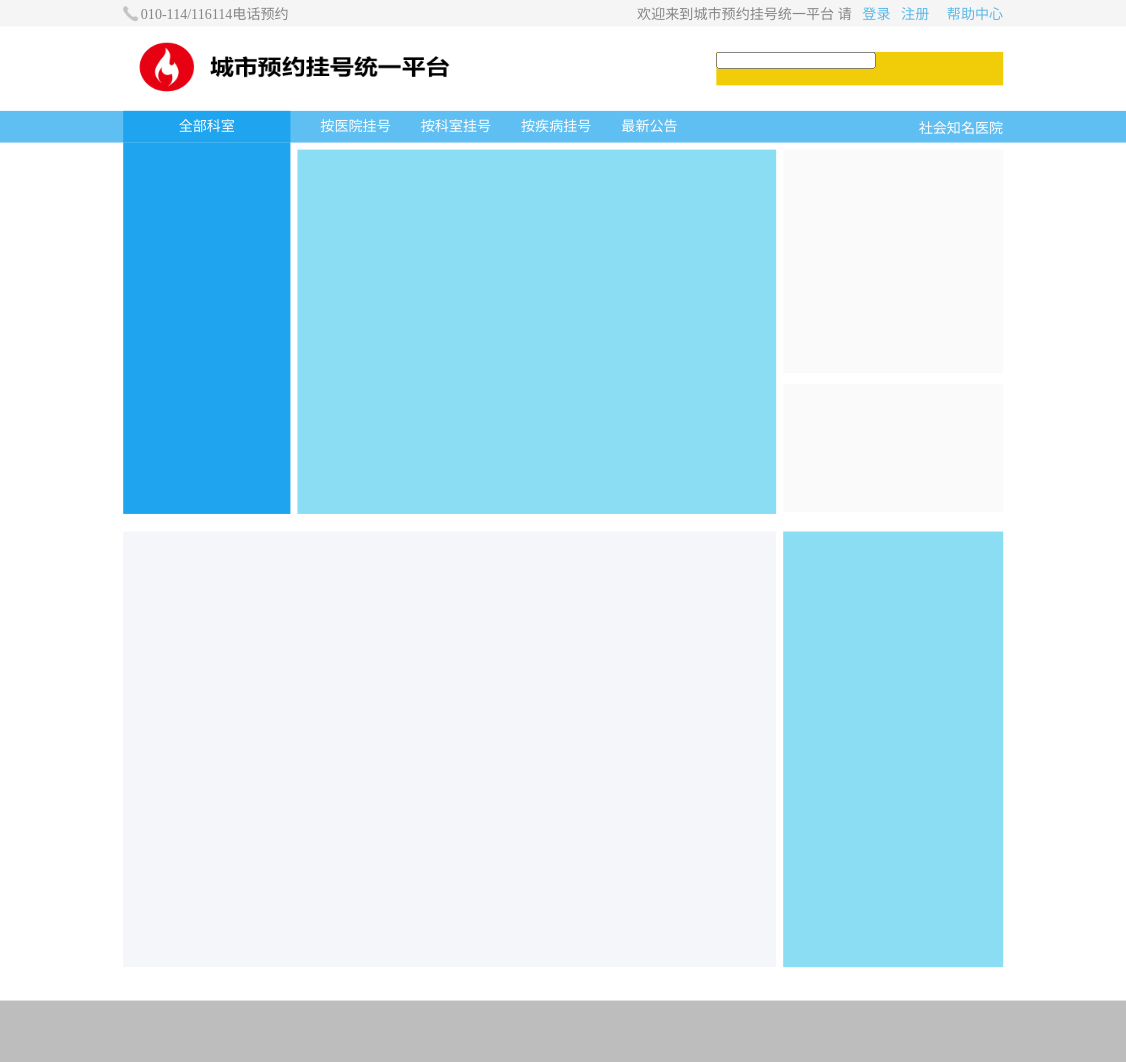
Repository: zhenzhen-gong/HospitalDemo
Page: index.html
These files come from the project's save history. The page is drawn as it stood at one moment and after the next save; the edit follows.
The browser window is 1280 px wide. The pictures show the whole page, at 88% of full size.

Above is the page before, as saved 2020-07-08 16:26:18.

### index.html
<!DOCTYPE html>
<html lang="en">

<head>
    <meta charset="UTF-8">
    <meta name="viewport" content="width=device-width, initial-scale=1.0">
    <title>城市医院预约平台</title>
    <link rel="stylesheet" href="css/style.css">
    <script src="js/script.js"></script>
</head>

<body>
    <div class="top">
        <div class="top-wrap">
            <div class="call">&nbsp;&nbsp;&nbsp;&nbsp;&nbsp;010-114/116114电话预约</div>
            <div class="welcom">
                欢迎来到城市预约挂号统一平台&nbsp;请&nbsp;&nbsp;
                <a href="#">登录</a>&nbsp;&nbsp;
                <a href="#">注册</a>&nbsp;&nbsp;&nbsp;&nbsp;
                <a href="#">帮助中心</a>
            </div>
        </div>
    </div>
    <div class="header">
        <div class="header-wrap">
            <div class="logo"><img src="./img/logo.png" alt="logo"></div>
            <div class="search">
                <span class="=tag"></span>
                <input type="text">
                <span ></span>
            </div>
        </div>
    </div>
    <div class="nav">
        <div class="nav-menu">
            <ul>
                <li>全部科室
                    <div class="menu-list"></div>
                </li>
                <li>按医院挂号</li>
                <li>按科室挂号</li>
                <li>按疾病挂号</li>
                <li>最新公告</li>
            </ul>
            <div>社会知名医院</div>
        </div>
    </div>
    <div class="banner">
        <div class="banner-slider"></div>
        <div class="banner-right">
            <div class="banner-search"></div>
            <div class="banner-help"></div>
        </div>
    </div>
    <div class="content">
        <div class="tad">
            <div class="tab-hosital"></div>
            <div class="tab-department"></div>
        </div>
        <div class="content-right">
            <div class="news"></div>
            <div class="close"></div>
        </div>
    </div>
    <div class="footer"></div>
</body>

</html>

### css/style.css
*{
    margin: 0;
    padding: 0;
}
a{
    text-decoration: none;
}
/* top部分样式 */
.top{
    height: 30px;
    width: 100%;
    background: #f5f5f5;
}
.top .top-wrap{
    width: 1000px;
    height: 100%;
    margin: 0 auto;
    display: flex;
    justify-content: space-between;
    align-items: center;
    color: #868686;
}
.top .top-wrap .call{
    background: url("../img/icon-call.png") no-repeat center left;
}
.top .top-wrap .welcom a{
    color: #5bb8e8;
}
/* header部分 */
.header{
    width: 100%;
    height: 96px;
}
.header .header-wrap{
    width: 1000px;
    height: 100%;
    margin: 0 auto;
    display: flex;
    justify-content: space-between;
    align-items: center;
}
.header .header-wrap .logo img{
    height: 74px;
    width: 403px;
}
.header .header-wrap .search{
    height: 38px;
    width: 326px;
    background: #f1cd09;
}


/* nva导航部分 */
.nav{
    width: 100%;
    height: 36px;
    background: #60bff2;
}
.nav .nav-menu{
    width: 1000px;
    height: 100%;
    margin: 0 auto;
    display: flex;
    justify-content: space-between;
    align-items: center;
}
.nav .nav-menu ul li{
    height: 36px;
    line-height: 36px;
    text-align: center;
    list-style: none;
    display: inline-block;
    color: #ffffff;
    padding-left: 30px;
}
.nav .nav-menu ul li:first-child{
    width: 190px;
    text-align: center;
    background: #1fa4f0;
    padding-left: 0;
}
.nav .nav-menu div:last-child{
    color: #ffffff;
}
.nav .nav-menu ul li .menu-list{
    width: 190px;
    height: 422px;
    background: #1fa4f0;
}

/* banner部分 */
.banner{
    height: 432px;
    width: 1000px;
    margin: 0 auto;
    padding-left: 190px;
    box-sizing: border-box;
}
.banner-slider{
    height: 414px;
    width: 544px;
    background: #8bddf3;
    margin: 8px 8px 0 8px ;
    float: left;
}
.banner-right{
    float: right;
    width: 250px;
    height: 414px;
    margin-top: 8px;
}
.banner-right .banner-search{
    height: 254px;
    background: #fafafa;
    margin-bottom: 12px;
}
.banner-right .banner-help{
    height: 146px;
    background: #fafafa;
}
/* content部分 */
.content{
    height: 495px;
    width: 1000px;
    margin: 10px auto 38px;
}
.content .tad{
    float: left;
    background: #f4f6fa;
    height: 495px;
    width: 742px;
}
.content .content-right{
    float: right;
    width: 250px;
    height: 495px;
    margin-left: 8px;
    background: #8bddf3;
}
/* footer部分 */
.footer{
    height: 70px;
    width: 100%;
    background: #bdbdbe;
}

Loaded but not shown: js/script.js (no stored copy; drawn as an empty file)

After the next save:
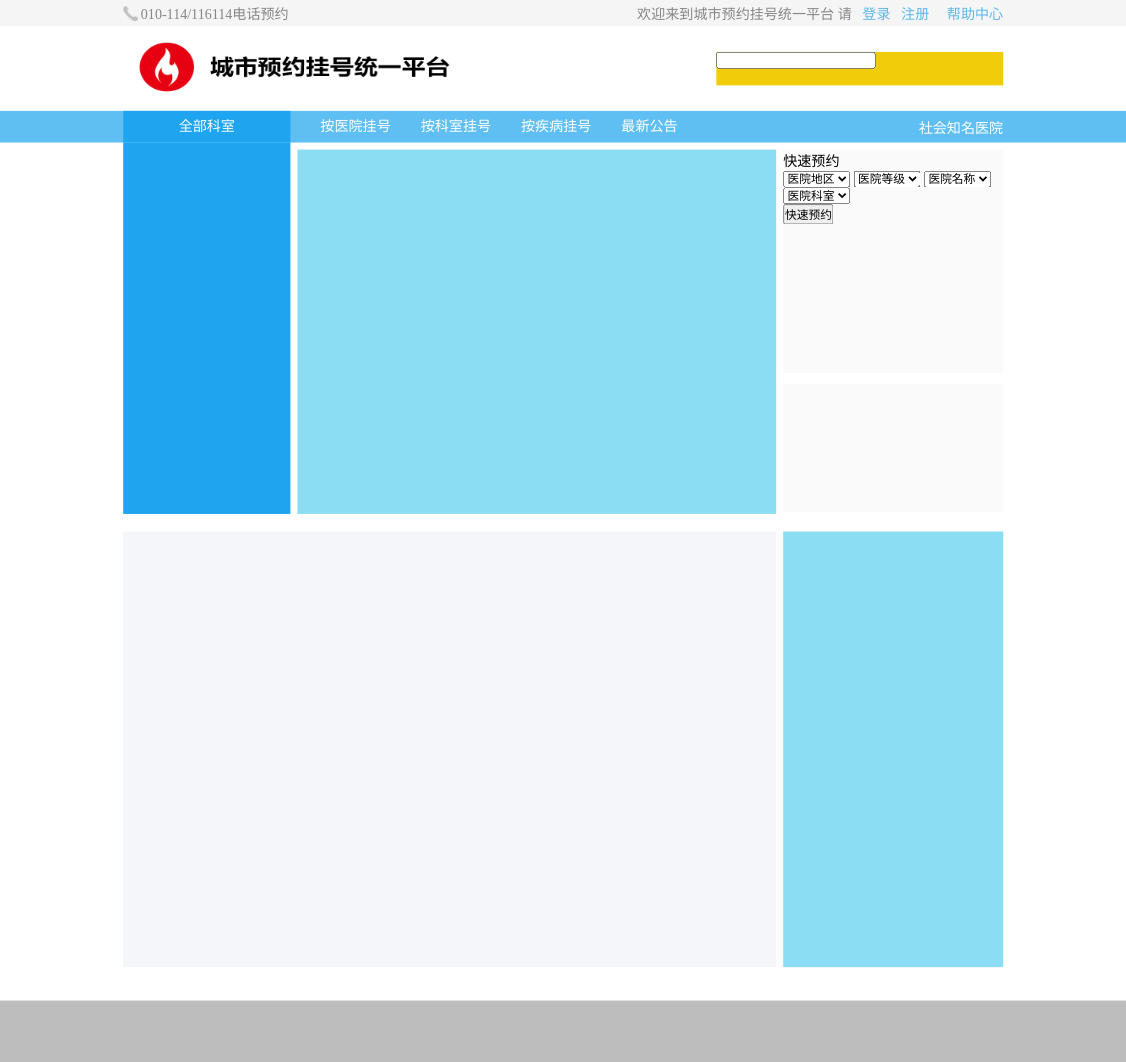
Saved 70 min 18 s later.
--- a/index.html
+++ b/index.html
@@ -48,7 +48,14 @@
     <div class="banner">
         <div class="banner-slider"></div>
         <div class="banner-right">
-            <div class="banner-search"></div>
+            <div class="banner-search">
+                <div><span>快速预约</span></div>
+                <select name="area" ><option value="area">医院地区</option> </select>
+                <select name="level" ><option value="level">医院等级</option> </select>
+                <select name="name" ><option value="name">医院名称</option> </select>
+                <select name="department" ><option value="department">医院科室</option> </select>
+                <div><button>快速预约</button></div>
+            </div>
             <div class="banner-help"></div>
         </div>
     </div>
